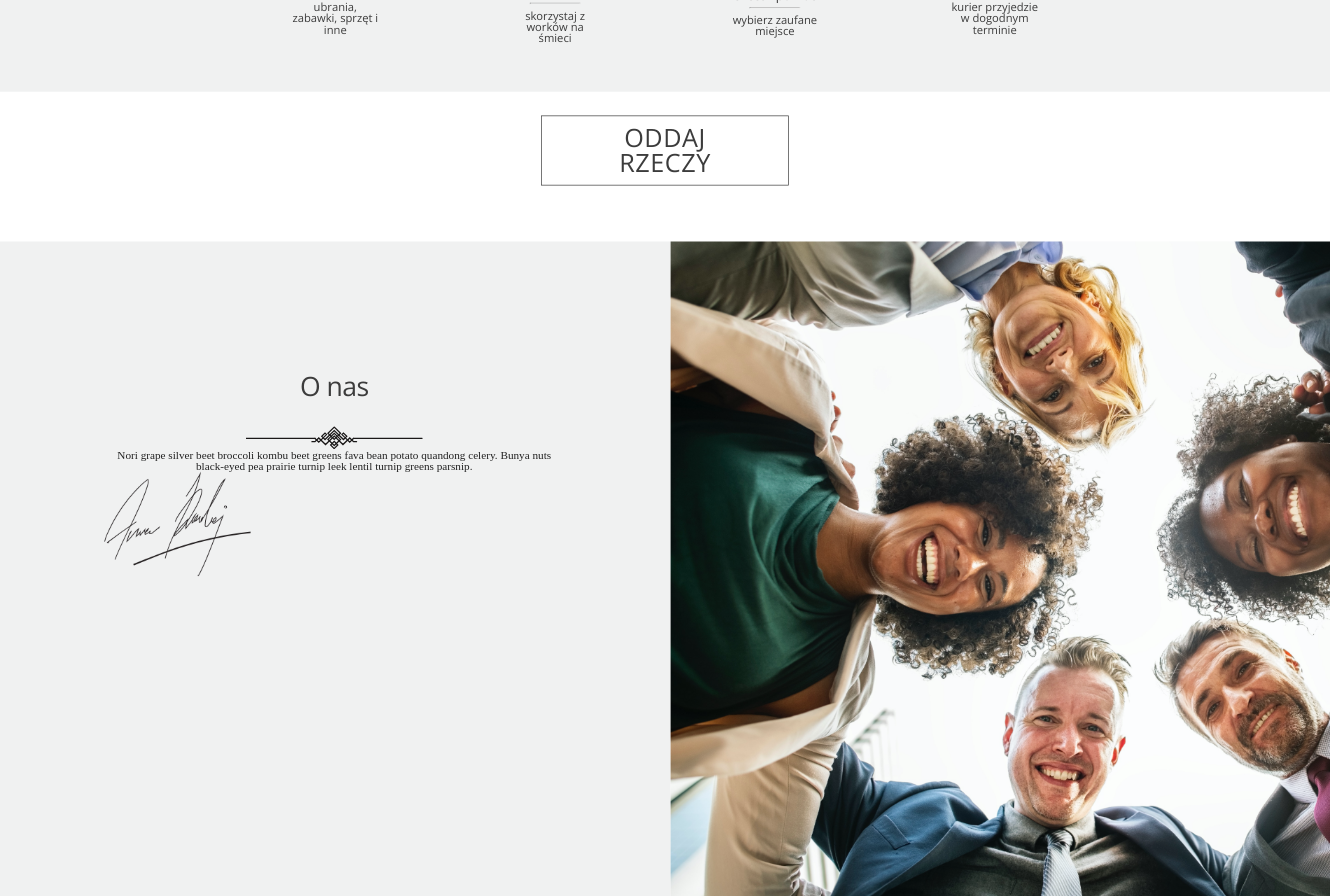
Repository: tomekwoojcik/oddam-w-dobre-rence
Page: /
These files come from the project's save history. The page is drawn as it stood at one moment and after the next save; the edit follows.
The browser window is 1280 px wide. The page is 1900 px wide, so the pictures cover 1900 px, including what lies to the right of the window. The pictures show the part of the page from y = 1720 to 3000 px (the page is 3000 px tall), at 70% of full size.
The project was rebuilt for these pictures with package versions that can differ from the ones it lists, and the page was loaded fresh each time. Also part of the build but not shown: src/pages/logIn/logIn.js, src/pages/register/register.js.

Above is the page before, as saved 2022-12-08 09:33:02.

### public/index.html
<!DOCTYPE html>
<html lang="en">
  <head>
    <meta charset="utf-8" />
    <link rel="icon" href="%PUBLIC_URL%/favicon.ico" />
    <meta name="viewport" content="width=device-width, initial-scale=1" />
    <meta name="theme-color" content="#000000" />
    <meta
      name="description"
      content="Web site created using create-react-app"
    />
    <link rel="apple-touch-icon" href="%PUBLIC_URL%/logo192.png" />
    <link rel="manifest" href="%PUBLIC_URL%/manifest.json" />
    <title>React App</title>
    <link rel="preconnect" href="https://fonts.googleapis.com">
    <link rel="preconnect" href="https://fonts.gstatic.com" crossorigin>
    <link
      href="https://fonts.googleapis.com/css2?family=Merriweather:ital,wght@0,300;0,400;0,700;0,900;1,300;1,400;1,700;1,900&family=Open+Sans:ital,wght@0,300;0,400;0,500;0,600;0,700;0,800;1,300;1,400;1,500;1,600;1,700;1,800&display=swap"
      rel="stylesheet">
  </head>
  <body>
    <div id="root"></div>
  </body>
</html>

### src/index.js
import React from 'react'
import ReactDOM from 'react-dom/client'
import './scss/main.scss'
import App from './App'
import reportWebVitals from './reportWebVitals'

const root = ReactDOM.createRoot(document.getElementById('root'))
root.render(
  <React.StrictMode>
    <App />
  </React.StrictMode>
)

// If you want to start measuring performance in your app, pass a function
// to log results (for example: reportWebVitals(console.log))
// or send to an analytics endpoint. Learn more: https://bit.ly/CRA-vitals
reportWebVitals()

### src/scss/main.scss
@import './reset';
@import './settings/colors';
@import './settings/fonts';
@import '../components/atoms/buttonsMenu/buttonsMenu';
@import '../components/molecules/navMenu/navMenu';
@import '../components/atoms/buttonsLoginLogout/buttonsLoginLogout';
@import '../components/molecules/navLoginLogout/navLoginLogout';
@import '../components/molecules/menu/menu';
@import '../components/atoms/photoInHeader/photoInHeader.scss';
@import '../components/organisms/header/header';
@import '../components/atoms/partTextInHeader/firstPartText';
@import '../components/molecules/rightPart/rightPart';
@import '../components/molecules/textInHeader/textInHeader';
@import '../components/atoms/decorationAssets/decorationAssets';
@import '../components/molecules/menuRightPartContext/menuRightPartContext';
@import '../components/atoms/buttonsInRightPartContext/buttonsInRightPartContext';
@import '../components/organisms/threeColumns/threeColumns';
@import '../pages/home/home';
@import '../components/molecules/oneColumn/oneColumn';
@import '../components/atoms/counterInColumn/counterInColumn';
@import '../components/atoms/titleInColumn/titleInColumn';
@import '../components/atoms/textInColumn/textInColumn';
@import '../components/atoms/simpleStepsTitle/simpleStepsTitle';
@import '../components/organisms/simpleSteps/simpleSteps';
@import '../components/atoms/simpleStepsColumn/simpleStepsColumn';
@import '../components/molecules/simpleStepsBar/simpleStepsBar';
@import '../components/organisms/aboutUsBar/aboutUsBar';

* {
    font-family: $font-base;
}

### src/App.js
/* eslint-disable react/react-in-jsx-scope */
import { Outlet, Route, Routes } from 'react-router'
import { BrowserRouter } from 'react-router-dom'
import Home from './pages/home/home'
import './App.css'
import LogIn from './pages/logIn/logIn'
import Register from './pages/register/register'

function App () {
  return (
    <div className="App">
      <Outlet />
      <BrowserRouter>
        <Routes>
          <Route path='/' element={<Home />} />
          <Route path='logowanie' element={<LogIn />} />
          <Route path='rejestracja' element={<Register />} />
        </Routes>

      </BrowserRouter>
    </div>
  )
}

export default App

### src/scss/settings/_colors.scss
$white-color: #F0F1F1;
$mustard-color: #5E5322;
$strong-yellow-color: #FAD648;
$grey-color: #737373;
$black-color: #3C3C3C;

### src/components/atoms/buttonsMenu/_buttonsMenu.scss
@import '../../../scss/settings/fonts';
@import '../../../scss/settings/colors';

.buttonItem {
    .button {
        font-size: 18px;
        padding: 9px 20px;
        color: $black-color;
        text-decoration: none;
        font-family: $font-base;
        border: 0.75px solid white;
    }

    .button:hover{
        border: 0.75px solid $black-color;
    }
}

### src/components/molecules/navMenu/_navMenu.scss
@import '../../../scss/settings/fonts';
@import '../../../scss/settings/colors';

.buttonList {
    margin-top: 10px;
    display: flex;
    flex-direction: row;
    justify-content: flex-end;
    margin-right: 142px;
}

### src/components/atoms/buttonsLoginLogout/_buttonsLoginLogout.scss
@import '../../../scss/settings/fonts';
@import '../../../scss/settings/colors';

.buttonMenuItems {
    .buttonMenu {
        font-family: $font-base;
        font-size: 14px;
        text-decoration: none;
        color: $grey-color;
        padding: 9px 10px;
        margin-left: 20px;
        border: 0.75px solid white;
    }

    .buttonMenu:hover{
        border-color: $strong-yellow-color;
    }
}

### src/components/molecules/navLoginLogout/_navLoginLogout.scss
.buttonMenuList{
    display: flex;
    flex-direction: row;
    justify-content: flex-end;
    margin-right: 142px;
    margin-bottom: 60px;
}

### src/components/molecules/menu/_menu.scss
.menu {
    width: 100%;
    margin-top: 37px;
    flex-direction: column;
}

### src/components/atoms/photoInHeader/_photoInHeader.scss
.photoHeader {
    width: 885px;
    height: 963px;
}

### src/components/organisms/header/_header.scss
.header {
    display: flex;
    flex-direction: row;
    width: 1758px;
}

### src/components/atoms/partTextInHeader/_firstPartText.scss
@import '../../../scss/settings/fonts';
@import '../../../scss/settings/colors';

.textInHeader{
    font-family: $font-base;
    font-size: 38px;
    margin-bottom: 10px;
}

### src/components/molecules/rightPart/_rightPart.scss
.rightPartHeader{
    display: flex;
    flex-direction: column;
}

### src/components/molecules/textInHeader/_textInHeader.scss
.textIn{
    margin-top: 210px;
}

### src/components/atoms/decorationAssets/_decorationAssets.scss
.decorationAssets {
    width: 253px;
    height: 33px;
    align-self: center;
    margin-top: 25px;
}

### src/components/molecules/menuRightPartContext/_menuRightPartContext.scss
.menuRightPartContext{
    display: flex;
    flex-direction: row;
    justify-content: center;
    margin-top: 65px;
}

### src/components/atoms/buttonsInRightPartContext/_buttonsInRightPartContext.scss
@import '../../../scss/settings/fonts';
@import '../../../scss/settings/colors';
@import '../../../scss/settings/otherVariables';

.buttonItemMenuContext {
    width: 250px;
    border: $border;
    padding: 13px 51px;

    .buttonMenuContext {

        text-transform: uppercase;
        text-decoration: none;
        color: $black-color;
        font-size: 36px;
        letter-spacing: 0.76px;
        word-wrap: break-word;
        font-family: $font-base;
        font-weight: 300;
    }

}

.buttonItemMenuContext:nth-child(2) {
    margin-left: 44px;
}

### src/scss/settings/_otherVariables.scss
@import '../settings/colors';
@import '../settings/colors';

$border: 0.75px solid $black-color;

### src/components/organisms/threeColumns/_threeColumns.scss
.threeColumns{
    background: url(../../../assets/backGround.png) ;
    width: 100%;
    display: flex;
    flex-direction: row;
    justify-content: space-around;
}

### src/pages/home/_home.scss
.homePage{
    width: 1900px;
    margin: 0 auto;
}

### src/components/molecules/oneColumn/_oneColumn.scss
.oneColumn {
    display: flex;
    flex-direction: column;
    justify-content: center;
    width: 334px;
    height: 252px;
    padding-top: 46px;
    padding-bottom: 86px;

}

### src/components/atoms/counterInColumn/_counterInColumn.scss
@import '../../../scss/settings/fonts';
@import '../../../scss/settings/colors';
@import '../../../scss/settings/otherVariables';

.counterColumn{
    font-size: 90px;
    font-family: $font-base;
    color: $mustard-color;
    font-weight: 300;
}

### src/components/atoms/titleInColumn/_titleInColumn.scss
@import '../../../scss/settings/fonts';
@import '../../../scss/settings/colors';
@import '../../../scss/settings/otherVariables';

.titleColumn{
    text-transform: uppercase;
    font-size: 18px;
    font-family: $font-base;
    letter-spacing: -0.36px;
    color: $black-color;
    margin: 10px 0 28px 0;

}

### src/components/atoms/textInColumn/_textInColumn.scss
@import '../../../scss/settings/fonts';
@import '../../../scss/settings/colors';
@import '../../../scss/settings/otherVariables';


.textColumn{
    font-family: $font-alt;
    font-size: 16px;
    font-weight: lighter;
    color: $black-color;
    letter-spacing: -0.32px;
    line-height: 25px;
}

### src/components/atoms/simpleStepsTitle/_simpleStepsTitle.scss
@import '../../../scss/settings/fonts';
@import '../../../scss/settings/colors';
@import '../../../scss/settings/otherVariables';

.simpleStepsTitle {
    font-size: 38px;
    font-family: $font-base;
    letter-spacing: -0.76px;
    color: $black-color;
    font-weight: 300;
}

### src/components/organisms/simpleSteps/_simpleSteps.scss
.simpleSteps{
    padding: 55px 0 80px 0;
    display: flex;
    flex-direction: column;

    .buttonItemMenuContext{
        align-self: center;
    }
}

### src/components/atoms/simpleStepsColumn/_simpleStepsColumn.scss
@import '../../../scss/settings/fonts';
@import '../../../scss/settings/colors';
@import '../../../scss/settings/otherVariables';

.simpleStepsColumn {
    width: 130px;
    height: 172px;

    .simpleStepsColumnImg {
        width: 83px;
        height: 83px;
    }

    .simpleStepsColumnTitle {
        font-family: $font-base;
        font-size: 18px;
        color: $black-color;
    }

    .simpleStepsColumnLine {
        color: $grey-color;
        width: 70px;
    }

    .simpleStepsColumnText {
        font-family: $font-base;
        font-size: 16px;
        color: $black-color;
        height: 40px;
        width: 100%;
    }
}


.simpleStepsColumn:nth-child(2){
    .simpleStepsColumnTitle{
        margin-top: 12px;
    }
}

### src/components/molecules/simpleStepsBar/_simpleStepsBar.scss
@import '../../../scss/settings/fonts';
@import '../../../scss/settings/colors';
@import '../../../scss/settings/otherVariables';

.simpleStepsBar {
    background-color: $white-color;
    padding: 71px 414px 76px 414px;
    display: flex;
    flex-direction: row;
    justify-content: space-between;
    margin-top: 34px;
    margin-bottom: 34px;
}

### src/components/organisms/aboutUsBar/_aboutUsBar.scss
@import '../../atoms/aboutUsImg/aboutUsImg';
@import '../../atoms/aboutUsText/aboutUsText';

.aboutUsBar{
    height: 935px;
    display: flex;
}

### src/components/atoms/aboutUsImg/_aboutUsImg.scss
.aboutUsImg{
    background-image: url('../../../assets/People.png');
    width: 942px;
    height: 100%;

}

### src/components/atoms/aboutUsText/_aboutUsText.scss
@import '../../../scss/settings/fonts';
@import '../../../scss/settings/colors';
@import '../../../scss/settings/otherVariables';

.aboutUsText {
    background-color: $white-color;
    width: calc(958px - 301px);
    padding: 186px 152px 185px 149px;

    .aboutUsTextTitle{
        font-family: $font-base;
        font-size: 38px;
        letter-spacing: -0.76px;
        color: $black-color;
        margin-bottom: 15px;
    }

    .aboutUsTextinText{

    }

    .aboutUsSignature {
        background-image: url('../../../assets/Signature.png');
        width: 209px;
        height: 149px;
        font-weight: normal;
    }
}

### src/pages/home/home.js
import React from 'react'
import AboutUsBar from '../../components/organisms/aboutUsBar/aboutUsBar'
import Header from '../../components/organisms/header/header'
import SimpleSteps from '../../components/organisms/simpleSteps/simpleSteps'
import ThreeColumns from '../../components/organisms/threeColumns/threeColumns'

const Home = () => {
  return (
    <div className='homePage'>
      <Header />
      <ThreeColumns />
      <SimpleSteps />
      <AboutUsBar/>
    </div>
  )
}

export default Home

### src/components/organisms/aboutUsBar/aboutUsBar.js
import React from 'react'
import AboutUsImg from '../../atoms/aboutUsImg/aboutUsImg'
import AboutUsText from '../../atoms/aboutUsText/aboutUsText'

const AboutUsBar = () => {
  return (
        <div className='aboutUsBar'>
          <AboutUsText aboutUsTextTitle={'O nas'} aboutUsTextinText={'Nori grape silver beet broccoli kombu beet greens fava bean potato quandong celery. Bunya nuts black-eyed pea prairie turnip leek lentil turnip greens parsnip.'} />
          <AboutUsImg/>
        </div>
  )
}

export default AboutUsBar

### src/components/organisms/header/header.js
import React from 'react'
import PhotoInHeader from '../../atoms/photoInHeader/photoInHeader'
import RightPart from '../../molecules/rightPart/rightPart'
const Header = () => {
  return (
    <header className='header'>
      <PhotoInHeader />
      <RightPart />
    </header>

  )
}

export default Header

### src/components/organisms/simpleSteps/simpleSteps.js
import React from 'react'
import SimpleStepsTitle from '../../atoms/simpleStepsTitle/simpleStepsTitle'
import DecorationAssets from '../../atoms/decorationAssets/decorationAssets'
import SimpleStepsBar from '../../molecules/simpleStepsBar/simpleStepsBar'
import ButtonsInRightPartContext from '../../atoms/buttonsInRightPartContext/buttonsInRightPartContext'
const SimpleSteps = () => {
  return (
        <div className='simpleSteps'>
            <SimpleStepsTitle text={'Wystarczą 4 proste kroki'} />
            <DecorationAssets />
            <SimpleStepsBar />
            <ButtonsInRightPartContext buttonName={'oddaj rzeczy'} />
        </div>
  )
}

export default SimpleSteps

### src/components/atoms/aboutUsImg/aboutUsImg.js
import React from 'react'
const AboutUsImg = () => {
  return (
        <div className='aboutUsImg'/>
  )
}

export default AboutUsImg

### src/components/atoms/aboutUsText/aboutUsText.js
/* eslint-disable react/prop-types */
import DecorationAsets from '../decorationAssets/decorationAssets'
import React from 'react'

const AboutUsText = ({ aboutUsTextTitle, aboutUsTextinText }) => {
  return (
        <div className='aboutUsText'>
            <h3 className='aboutUsTextTitle'>{aboutUsTextTitle}</h3>
            <DecorationAsets />
          <p className='aboutUsTextinText'>{aboutUsTextinText}</p>
          <div className='aboutUsSignature'/>
        </div>
  )
}

export default AboutUsText

### src/components/atoms/photoInHeader/photoInHeader.js
import React from 'react'
import Image from '../../../assets/Home-Hero-Image.jpg'

const PhotoInHeader = () => {
  return (
    <img className='photoHeader' src={Image} />
  )
}

export default PhotoInHeader

### src/components/molecules/rightPart/rightPart.js
import React from 'react'
import Menu from '../menu/menu'
import RightPartContext from '../rightPartContext/rightPartContext'

const RightPart = () => {
  return (
    <div className='rightPartHeader'>
      <Menu />
      <RightPartContext />
    </div>
  )
}

export default RightPart

### src/components/atoms/simpleStepsTitle/simpleStepsTitle.js
/* eslint-disable react/prop-types */
import React from 'react'

const SimpleStepsTitle = ({ text }) => {
  return (
        <h4 className='simpleStepsTitle'>{text}</h4>
  )
}

export default SimpleStepsTitle

### src/components/atoms/decorationAssets/decorationAssets.js
import React from 'react'
import DecoratorImage from '../../../assets/Decoration.svg'
const DecorationAssets = () => {
  return (
        <img className="decorationAssets" src={DecoratorImage} />
  )
}

export default DecorationAssets

### src/components/atoms/buttonsInRightPartContext/buttonsInRightPartContext.js
import React from 'react'
import { NavLink } from 'react-router-dom'

// eslint-disable-next-line react/prop-types
const ButtonsInRightPartContext = ({ source, buttonName }) => {
  return (
    <div className='buttonItemMenuContext'><NavLink className='buttonMenuContext' to={source}>{buttonName}</NavLink></div>
  )
}

export default ButtonsInRightPartContext

### src/components/molecules/oneColumn/oneColumn.js
/* eslint-disable react/prop-types */
import React from 'react'
import CounterInColumn from '../../atoms/counterInColumn/counterInColumn'
import TextInColumn from '../../atoms/textInColumn/textInColumn'
import TitleInColumn from '../../atoms/titleInColumn/titleInColumn'

const OneColumn = ({ counter, title, text }) => {
  return (
        <div className='oneColumn'>
            <CounterInColumn counterColumn={counter} />
            <TitleInColumn titleColumn={title} />
            <TextInColumn textColumn={text} />
        </div>
  )
}

export default OneColumn

### src/components/molecules/menu/menu.js
import React from 'react'
import NavLoginLogout from '../navLoginLogout/navLoginLogout'
import NavMenu from '../navMenu/navMenu'

const Menu = () => {
  return (
    <div className='menu'>
      <NavLoginLogout />
      <NavMenu />
    </div>
  )
}

export default Menu

### src/components/molecules/rightPartContext/rightPartContext.js
import React from 'react'
import DecorationAssets from '../../atoms/decorationAssets/decorationAssets'
import MenuRightPartContext from '../menuRightPartContext/menuRightPartContext'
import TextInHeader from '../textInHeader/textInHeader'

const RightPartContext = () => {
  return (
      <div className='rightPartContext'>
          <TextInHeader />
          <DecorationAssets />
          <MenuRightPartContext/>
        </div>
  )
}

export default RightPartContext

### src/components/atoms/simpleStepsColumn/simpleStepsColumn.js
/* eslint-disable react/prop-types */
import React from 'react'

const SimpleStepsColumn = ({ source, simpleStepsColumnTitle, simpleStepsColumnText }) => {
  return (
    <div className='simpleStepsColumn'>
          <img className='simpleStepsColumnImg' src={source} />
          <h4 className='simpleStepsColumnTitle' >{simpleStepsColumnTitle}</h4>
          <hr className='simpleStepsColumnLine' />
          <p className='simpleStepsColumnText'>{simpleStepsColumnText}</p>
    </div>
  )
}

export default SimpleStepsColumn

### src/components/atoms/counterInColumn/counterInColumn.js
/* eslint-disable react/prop-types */
import React from 'react'

const CounterInColumn = ({ counterColumn }) => {
  return (
    <h3 className='counterColumn'>{counterColumn}</h3>
  )
}

export default CounterInColumn

### src/components/atoms/textInColumn/textInColumn.js
/* eslint-disable react/prop-types */
import React from 'react'

const TextInColumn = ({ textColumn }) => {
  return (
      <p className='textColumn'>{ textColumn }</p>
  )
}

export default TextInColumn

### src/components/atoms/titleInColumn/titleInColumn.js
/* eslint-disable react/prop-types */
import React from 'react'

const TitleInColumn = ({ titleColumn }) => {
  return (
      <h4 className='titleColumn'>{titleColumn}</h4>
  )
}

export default TitleInColumn

### src/components/molecules/navLoginLogout/navLoginLogout.js
import React from 'react'
import ButtonsLoginLogout from '../../atoms/buttonsLoginLogout/buttonsLoginLogout'

const NavLoginLogout = () => {
  return (
        <ul className='buttonMenuList'>
          <ButtonsLoginLogout source={'logowanie'} buttonName={'Zaloguj'} />
          <ButtonsLoginLogout source={'rejestracja'} buttonName={'Załóź konto'} />
        </ul>
  )
}

export default NavLoginLogout

### src/components/molecules/navMenu/navMenu.js
import React from 'react'
import ButtonsMenu from '../../atoms/buttonsMenu/buttonsMenu'

const NavMenu = () => {
  return (
        <ul className='buttonList'>
          <ButtonsMenu source={'/'} linkName={'Start'} />
          <ButtonsMenu source={'/'} linkName={'O co chodzi?'} />
          <ButtonsMenu source={'/'} linkName={'O nas'} />
          <ButtonsMenu source={'/'} linkName={'Fundacje i organizacje'} />
          <ButtonsMenu source={'/'} linkName={'Kontakt'} />
        </ul>
  )
}

export default NavMenu

### src/components/molecules/menuRightPartContext/menuRightPartContext.js
import React from 'react'
import ButtonsInRightPartContext from '../../atoms/buttonsInRightPartContext/buttonsInRightPartContext'

const MenuRightPartContext = () => {
  return (
      <ul className='menuRightPartContext'>
      <ButtonsInRightPartContext source={'#'} buttonName={'Oddaj rzeczy'} />
      <ButtonsInRightPartContext source={'#'} buttonName={'Zorganizuj zbiórke'} />
    </ul>
  )
}

export default MenuRightPartContext

### src/components/molecules/textInHeader/textInHeader.js
import React from 'react'
import FirstPartText from '../../atoms/partTextInHeader/firstPartText'

const TextInHeader = () => {
  return (
        <div className='textIn'>
          <FirstPartText textHeader={'Zacznij pomagać!'} />
          <FirstPartText textHeader={'Oddaj niechciane rzeczy w zaufane ręce'} />
        </div>
  )
}

export default TextInHeader

### src/components/atoms/buttonsLoginLogout/buttonsLoginLogout.js
/* eslint-disable react/prop-types */
import React from 'react'
import { NavLink } from 'react-router-dom'

const ButtonsLoginLogout = ({ source, buttonName }) => {
  return (
        <li className='buttonMenuItems'><NavLink className='buttonMenu' to={source}>{buttonName}</NavLink></li>
  )
}

export default ButtonsLoginLogout

### src/components/atoms/buttonsMenu/buttonsMenu.js
import React from 'react'
import { NavLink } from 'react-router-dom'

// eslint-disable-next-line react/prop-types
const ButtonsMenu = ({ source, linkName }) => {
  return (
        <li className='buttonItem'><NavLink className="button" to={source}>{linkName}</NavLink></li>
  )
}

export default ButtonsMenu

### src/components/atoms/partTextInHeader/firstPartText.js
import React from 'react'

// eslint-disable-next-line react/prop-types
const FirstPartText = ({ textHeader }) => {
  return (
    <h3 className='textInHeader'>{textHeader}</h3>
  )
}

export default FirstPartText

Loaded but not shown: src/reportWebVitals.js (common file); src/scss/_reset.scss (common file); src/scss/settings/_fonts.scss (common file); src/App.css (common file); src/components/molecules/simpleStepsBar/simpleStepsBar.js (19 lines, source omitted); src/components/organisms/threeColumns/threeColumns.js (14 lines, source omitted)

After the next save:
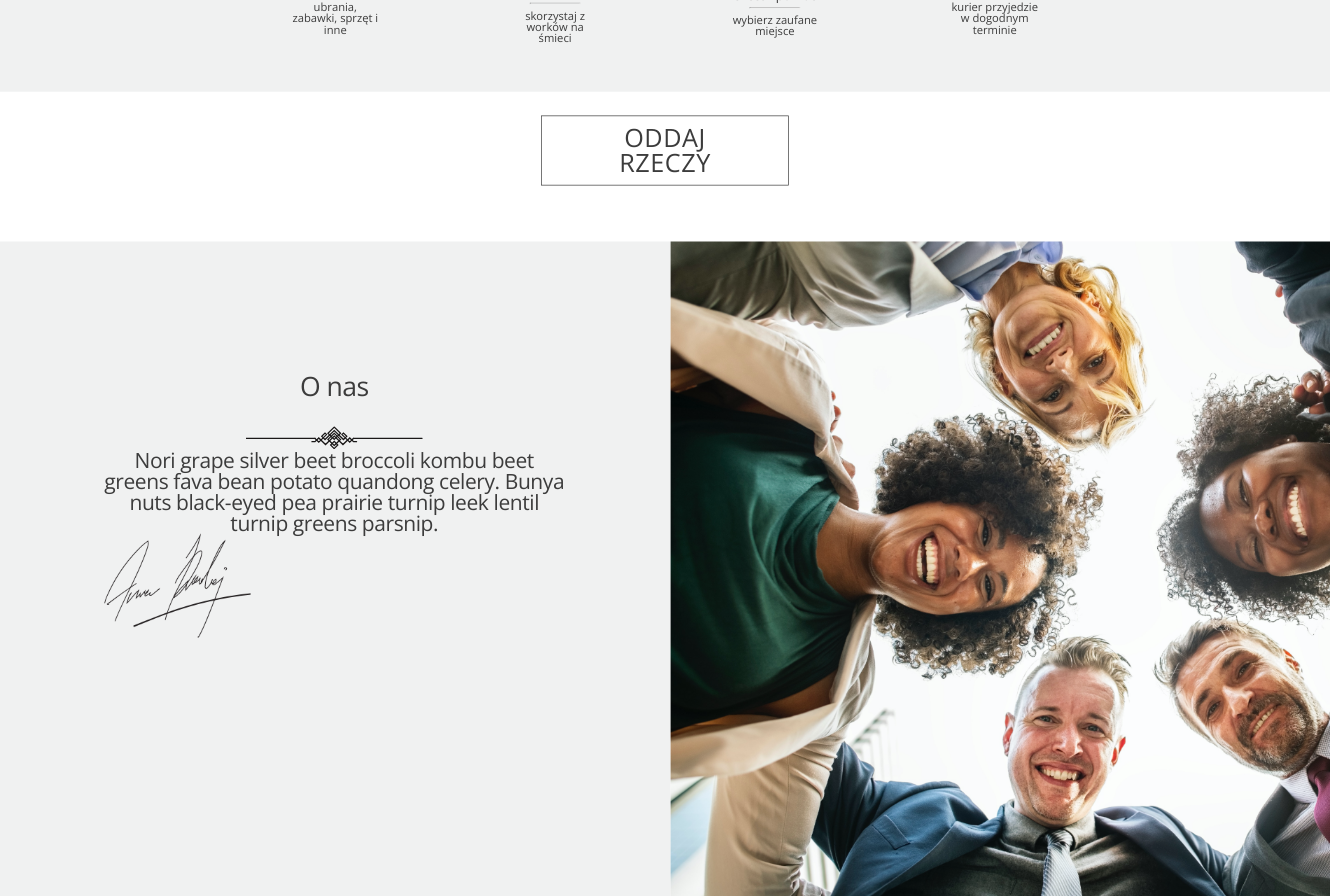
Saved 53 s later.
--- a/src/components/atoms/aboutUsText/_aboutUsText.scss
+++ b/src/components/atoms/aboutUsText/_aboutUsText.scss
@@ -7,22 +7,25 @@
     width: calc(958px - 301px);
     padding: 186px 152px 185px 149px;
 
-    .aboutUsTextTitle{
+    .aboutUsTextTitle {
         font-family: $font-base;
         font-size: 38px;
         letter-spacing: -0.76px;
         color: $black-color;
         margin-bottom: 15px;
+        font-weight: normal;
     }
 
-    .aboutUsTextinText{
-
+    .aboutUsTextinText {
+        font-family: $font-base;
+        font-size: 30px;
+        letter-spacing: -0.6px;
+        color: $black-color;
     }
 
     .aboutUsSignature {
         background-image: url('../../../assets/Signature.png');
         width: 209px;
         height: 149px;
-        font-weight: normal;
     }
 }
